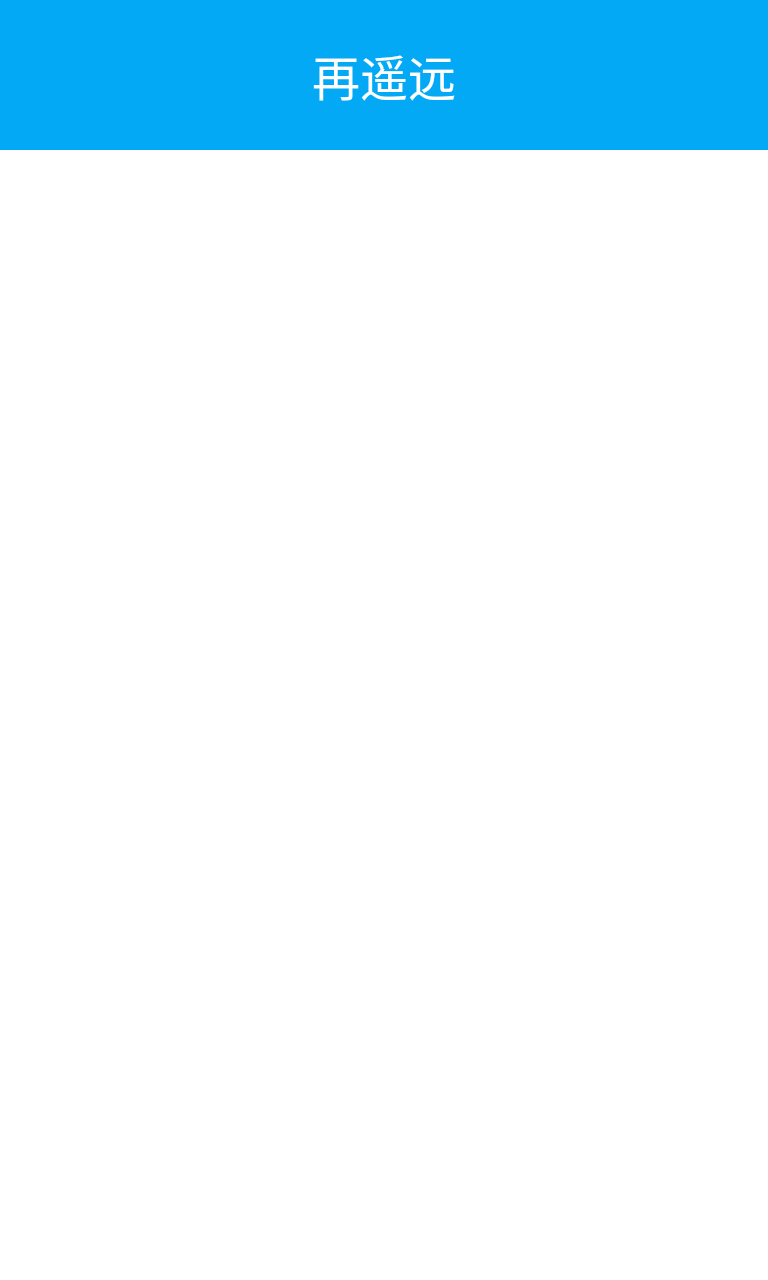
Repository: drugTang/PersonProject
Layout: App/res/layout/base_frame_pager_view.xml
The author's editor kept a copy of each file at every save. The layout is drawn from the files as they stood at one save, then again after the next save.
It is drawn on a 768 x 1280 px phone screen (xhdpi) without system bars, with theme android:Theme.Light.NoTitleBar; the app's code is not run.

Above is the layout before, as saved 2015-11-01 06:01:06.

### App/res/layout/base_frame_pager_view.xml
<?xml version="1.0" encoding="utf-8"?>
<LinearLayout xmlns:android="http://schemas.android.com/apk/res/android"
    android:layout_width="match_parent"
    android:layout_height="match_parent"
    android:orientation="vertical" >

    <TextView
        android:id="@+id/tv_title"
        android:layout_width="match_parent"
        android:layout_height="wrap_content"
        android:background="#03A9F4"
        android:textSize="24sp"
        android:textColor="#fff"
        android:gravity="center"
        android:padding="20dp"
        android:text="再遥远"
        />


</LinearLayout>

After the next save:
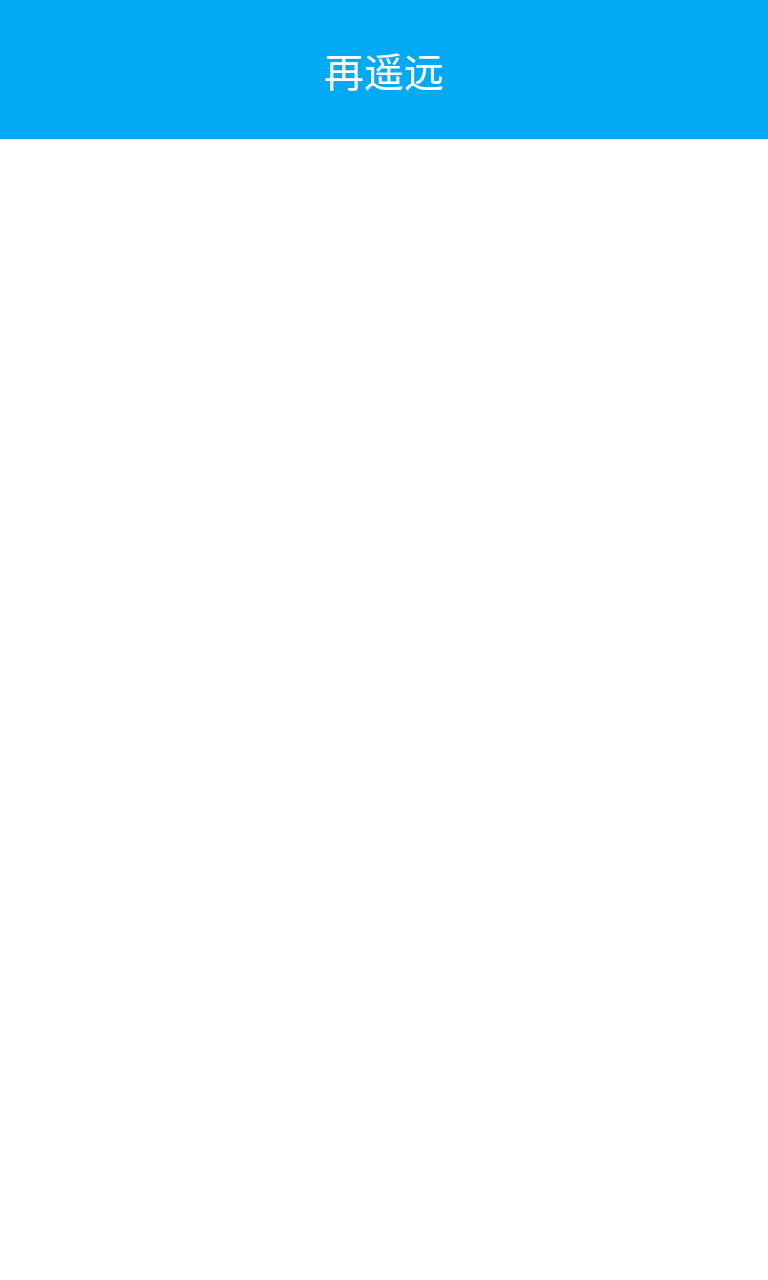
Saved 7 s later.
--- a/App/res/layout/base_frame_pager_view.xml
+++ b/App/res/layout/base_frame_pager_view.xml
@@ -9,7 +9,7 @@
         android:layout_width="match_parent"
         android:layout_height="wrap_content"
         android:background="#03A9F4"
-        android:textSize="24sp"
+        android:textSize="20sp"
         android:textColor="#fff"
         android:gravity="center"
         android:padding="20dp"
